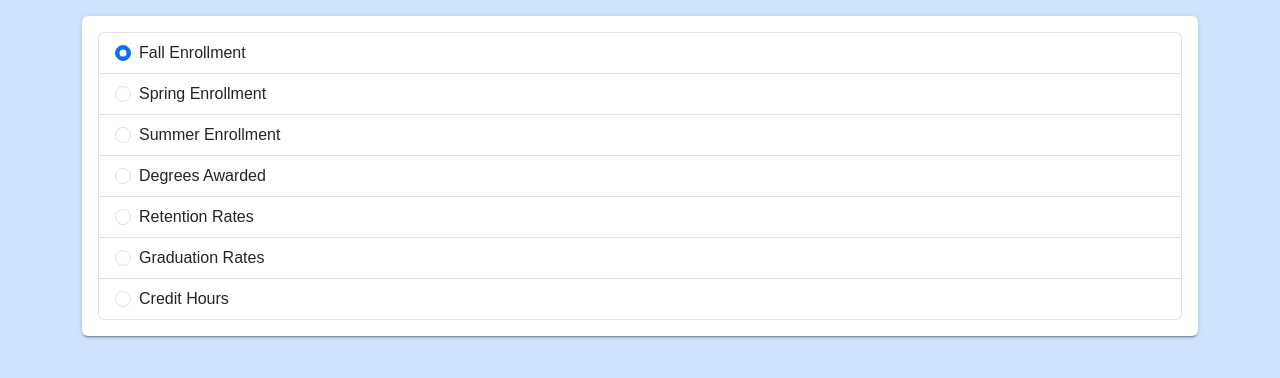
Repository: chancellor-w-whitaker/pivot-table
Page: /
An editor plug-in stored every save of this project. The page is shown before and after the next save, followed by the edit.
The browser window is 1280 px wide. The pictures show the whole page.
The page's requests for data from a server got no answer. Some web fonts or font styles are not loaded; a fallback is used. The project was rebuilt for these pictures with package versions that can differ from the ones it lists, and the page was loaded fresh each time. No one was signed in, and anything a server would have sent is missing. Also part of the build but not shown: vite.config.js.

Above is the page before, as saved 2024-01-03 18:34:35.

After the next save:
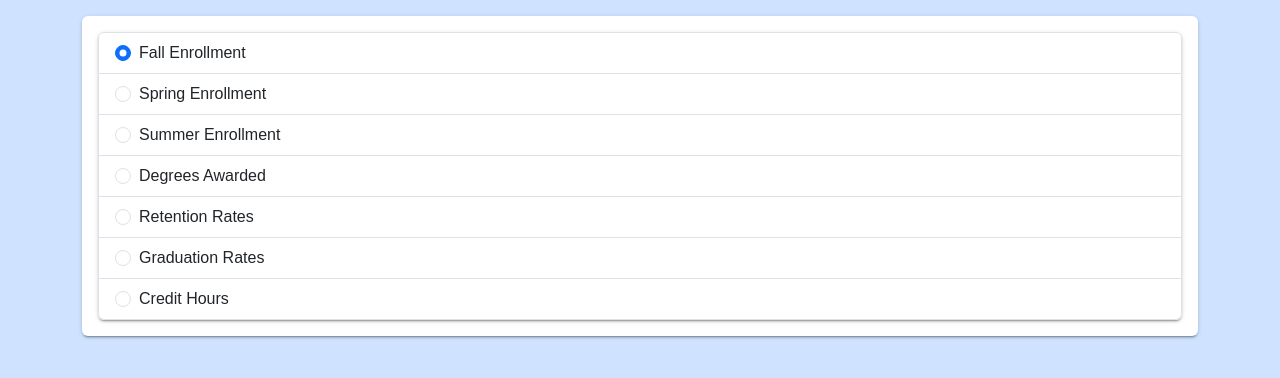
Saved 9 s later.
--- a/src/App.jsx
+++ b/src/App.jsx
@@ -55,7 +55,7 @@
 
   return (
     <>
-      <div className="list-group">
+      <div className={entireClassName}>
         {options.map(({ value, label }) => (
           <label className="list-group-item d-flex gap-2" key={value}>
             <input
